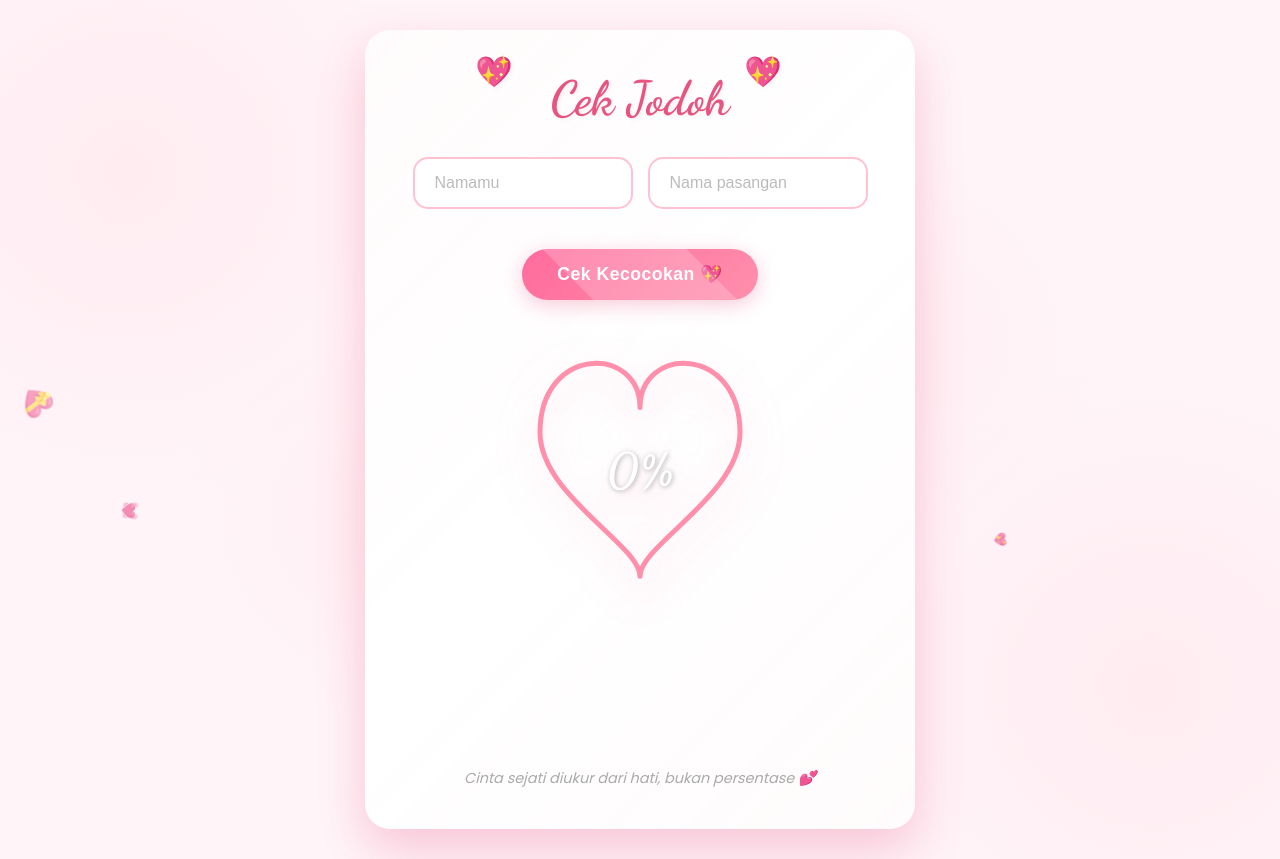
Repository: zhr-nabila/cek-jodoh
Page: cek.html
The author's editor kept a copy of each file at every save. The page is drawn from the files as they stood at one save, then again after the next save.
The browser window is 1280 px wide. The pictures show the whole page.

Above is the page before, as saved 2025-06-10 00:39:14.

### cek.html
<!DOCTYPE html>
<html lang="id">
  <head>
    <meta charset="UTF-8" />
    <meta name="viewport" content="width=device-width, initial-scale=1.0" />
    <title>Cek Kecocokan Pasangan</title>
    <link
      rel="stylesheet"
      href="https://cdnjs.cloudflare.com/ajax/libs/animate.css/4.1.1/animate.min.css"
    />
    <style>
      @import url("https://fonts.googleapis.com/css2?family=Dancing+Script:wght@700&family=Poppins:wght@300;400;500;600&display=swap");

      :root {
        --pink-dark: #e75480;
        --pink-medium: #ff6b9d;
        --pink-light: #ff8fab;
        --pink-soft: #ffc2d1;
        --pink-pale: #fff5f9;
        --shadow-pink: rgba(231, 84, 128, 0.3);
      }

      * {
        box-sizing: border-box;
        margin: 0;
        padding: 0;
      }

      /* Ini biar scrollbar enggak keliatan */
      ::-webkit-scrollbar {
        width: 0;
        background: transparent;
      }

      body {
        background-color: var(--pink-pale);
        font-family: "Poppins", sans-serif;
        text-align: center;
        padding: 30px 0;
        margin: 0;
        min-height: 100vh;
        display: flex;
        justify-content: center;
        align-items: center;
        background-image: radial-gradient(
            circle at 10% 20%,
            rgba(255, 182, 193, 0.15) 0%,
            transparent 25%
          ),
          radial-gradient(
            circle at 90% 80%,
            rgba(255, 182, 193, 0.15) 0%,
            transparent 25%
          ),
          radial-gradient(
            circle at 30% 60%,
            rgba(255, 182, 193, 0.1) 0%,
            transparent 20%
          ),
          radial-gradient(
            circle at 70% 40%,
            rgba(255, 182, 193, 0.1) 0%,
            transparent 20%
          );
        overflow-x: hidden;
        -ms-overflow-style: none; /* IE dan Edge */
        scrollbar-width: none; /* Firefox */
      }

      .container {
        background: white;
        border-radius: 25px;
        padding: 40px;
        box-shadow: 0 20px 50px var(--shadow-pink);
        width: 95%;
        max-width: 550px;
        position: relative;
        overflow: hidden;
        transition: transform 0.3s ease;
        z-index: 1;
      }

      .container::before {
        content: "";
        position: absolute;
        top: -10px;
        left: -10px;
        right: -10px;
        bottom: -10px;
        background: linear-gradient(
          135deg,
          rgba(255, 192, 203, 0.1) 0%,
          rgba(255, 255, 255, 0) 50%,
          rgba(255, 192, 203, 0.1) 100%
        );
        border-radius: 30px;
        z-index: -1;
        animation: shine 8s infinite;
      }

      @keyframes shine {
        0%,
        100% {
          opacity: 0.3;
        }
        50% {
          opacity: 0.8;
        }
      }

      h1 {
        color: var(--pink-dark);
        font-size: 3rem;
        margin-bottom: 30px;
        font-family: "Dancing Script", cursive;
        text-shadow: 2px 2px 4px rgba(0, 0, 0, 0.05);
        position: relative;
        animation: fadeInDown 1s ease;
      }

      h1::after,
      h1::before {
        content: "💖";
        position: absolute;
        font-size: 1.8rem;
        animation: heartbeat 1.5s infinite;
      }

      h1::after {
        top: -15px;
        right: 20%;
      }

      h1::before {
        top: -15px;
        left: 15%;
      }

      .input-group {
        display: flex;
        gap: 15px;
        margin-bottom: 25px;
        justify-content: center;
        animation: fadeIn 1s ease 0.2s both;
      }

      input {
        padding: 15px 20px;
        font-size: 1rem;
        border-radius: 15px;
        border: 2px solid var(--pink-soft);
        width: 100%;
        max-width: 220px;
        transition: all 0.3s;
        background-color: rgba(255, 255, 255, 0.9);
        color: #555;
        font-weight: 500;
      }

      input::placeholder {
        color: #bbb;
        font-weight: 400;
      }

      input:focus {
        outline: none;
        border-color: var(--pink-medium);
        box-shadow: 0 0 0 4px rgba(255, 107, 157, 0.2);
        transform: translateY(-2px);
      }

      button {
        padding: 15px 35px;
        background: linear-gradient(
          135deg,
          var(--pink-medium) 0%,
          var(--pink-light) 100%
        );
        border: none;
        border-radius: 50px;
        color: white;
        font-size: 1.1rem;
        font-weight: 600;
        cursor: pointer;
        transition: all 0.3s;
        box-shadow: 0 5px 20px var(--shadow-pink);
        margin: 15px 0 25px;
        position: relative;
        overflow: hidden;
        animation: fadeIn 1s ease 0.4s both;
        letter-spacing: 0.5px;
      }

      button:hover {
        transform: translateY(-5px);
        box-shadow: 0 10px 25px rgba(231, 84, 128, 0.5);
        background: linear-gradient(
          135deg,
          var(--pink-dark) 0%,
          var(--pink-medium) 100%
        );
      }

      button:active {
        transform: translateY(1px);
      }

      button::after {
        content: "";
        position: absolute;
        top: -50%;
        left: -50%;
        width: 200%;
        height: 200%;
        background: rgba(255, 255, 255, 0.2);
        transform: rotate(45deg);
        transition: all 0.7s;
      }

      button:hover::after {
        left: 100%;
      }

      .love-meter-container {
        perspective: 1000px;
        margin: 30px auto;
        animation: fadeIn 1s ease 0.6s both;
      }

      .love-meter {
        position: relative;
        width: 250px;
        height: 230px;
        margin: 0 auto;
        filter: drop-shadow(0 15px 20px rgba(231, 84, 128, 0.25));
        transform-style: preserve-3d;
        transition: transform 0.5s ease;
      }

      .love-meter:hover {
        transform: rotateY(10deg) rotateX(5deg);
      }

      .heart-svg {
        width: 100%;
        height: 100%;
      }

      .love-fill {
        fill: url(#gradientFill);
        transition: y 1.5s cubic-bezier(0.68, -0.55, 0.27, 1.55),
          height 1.5s cubic-bezier(0.68, -0.55, 0.27, 1.55);
      }

      .percentage {
        position: absolute;
        top: 50%;
        left: 50%;
        transform: translate(-50%, -50%);
        font-size: 3rem;
        font-weight: bold;
        color: white;
        text-shadow: 1px 1px 5px rgba(0, 0, 0, 0.3);
        font-family: "Dancing Script", cursive;
        transition: all 0.3s;
      }

      .message {
        font-size: 1.3rem;
        margin: 20px 0;
        color: var(--pink-dark);
        min-height: 60px;
        padding: 0 20px;
        line-height: 1.5;
        opacity: 0;
        transform: translateY(10px);
        transition: all 0.5s ease-out 0.5s;
        font-weight: 500;
      }

      .message.show {
        opacity: 1;
        transform: translateY(0);
      }

      .couple-names {
        display: flex;
        justify-content: center;
        align-items: center;
        gap: 15px;
        font-size: 1.5rem;
        color: var(--pink-dark);
        font-weight: 600;
        margin-bottom: 15px;
        opacity: 0;
        transform: scale(0.9);
        transition: all 0.5s ease-out 0.3s;
      }

      .couple-names.show {
        opacity: 1;
        transform: scale(1);
      }

      .heart-icon {
        color: var(--pink-medium);
        font-size: 1.8rem;
        animation: heartbeat 1.5s infinite;
        display: inline-block;
        transform-origin: center;
      }

      @keyframes heartbeat {
        0% {
          transform: scale(1);
        }
        25% {
          transform: scale(1.1);
        }
        50% {
          transform: scale(1);
        }
        75% {
          transform: scale(1.1);
        }
        100% {
          transform: scale(1);
        }
      }

      .floating-hearts {
        position: fixed;
        width: 100%;
        height: 100%;
        top: 0;
        left: 0;
        pointer-events: none;
        z-index: -1;
        overflow: hidden;
      }

      .floating-heart {
        position: absolute;
        font-size: 1rem;
        color: var(--pink-light);
        opacity: 0;
        animation: float-up 4s linear forwards;
        z-index: -1;
      }

      @keyframes float-up {
        0% {
          transform: translateY(100vh) rotate(0deg) scale(0.5);
          opacity: 0;
        }
        10% {
          opacity: 0.8;
        }
        100% {
          transform: translateY(-20vh) rotate(360deg) scale(1.2);
          opacity: 0;
        }
      }

      .sparkle {
        position: absolute;
        width: 5px;
        height: 5px;
        background-color: #fff;
        border-radius: 50%;
        pointer-events: none;
        opacity: 0;
        animation: sparkle 1s forwards;
      }

      @keyframes sparkle {
        0% {
          transform: scale(0);
          opacity: 0;
        }
        50% {
          opacity: 0.8;
        }
        100% {
          transform: scale(2);
          opacity: 0;
        }
      }

      .ripple {
        position: absolute;
        border-radius: 50%;
        background-color: rgba(255, 255, 255, 0.6);
        transform: scale(0);
        pointer-events: none;
        animation: ripple 1s ease-out;
      }

      @keyframes ripple {
        to {
          transform: scale(4);
          opacity: 0;
        }
      }

      .confetti {
        position: absolute;
        width: 10px;
        height: 10px;
        background-color: var(--pink-light);
        opacity: 0;
        animation: confetti-fall 3s linear forwards;
      }

      @keyframes confetti-fall {
        0% {
          transform: translateY(-100vh) rotate(0deg);
          opacity: 1;
        }
        100% {
          transform: translateY(100vh) rotate(360deg);
          opacity: 0;
        }
      }

      .footer-note {
        margin-top: 30px;
        font-size: 0.9rem;
        color: #aaa;
        font-style: italic;
        animation: fadeIn 1s ease 0.8s both;
      }

      @media (max-width: 600px) {
        .container {
          padding: 30px 20px;
          width: 95%;
        }

        h1 {
          font-size: 2.5rem;
        }

        h1::after,
        h1::before {
          font-size: 1.5rem;
        }

        .input-group {
          flex-direction: column;
          align-items: center;
          gap: 15px;
        }

        input {
          max-width: 100%;
          padding: 12px 15px;
        }

        .love-meter {
          width: 200px;
          height: 180px;
        }

        .percentage {
          font-size: 2.5rem;
        }

        button {
          padding: 12px 25px;
          font-size: 1rem;
        }

        .couple-names {
          font-size: 1.3rem;
        }

        .message {
          font-size: 1.1rem;
        }
      }

      /* Animations */
      @keyframes fadeIn {
        from {
          opacity: 0;
        }
        to {
          opacity: 1;
        }
      }

      @keyframes fadeInDown {
        from {
          opacity: 0;
          transform: translateY(-20px);
        }
        to {
          opacity: 1;
          transform: translateY(0);
        }
      }

      @keyframes bounceIn {
        from {
          opacity: 0;
          transform: scale(0.5);
        }
        to {
          opacity: 1;
          transform: scale(1);
        }
      }
    </style>
  </head>
  <body>
    <div class="container">
      <h1 class="animate__animated animate__fadeInDown">Cek Jodoh</h1>

      <div class="input-group">
        <input
          type="text"
          id="name1"
          placeholder="Namamu"
          class="animate__animated animate__fadeIn"
        />
        <input
          type="text"
          id="name2"
          placeholder="Nama pasangan"
          class="animate__animated animate__fadeIn"
        />
      </div>

      <button onclick="hitung()" class="animate__animated animate__fadeIn">
        Cek Kecocokan 💖
      </button>

      <div class="love-meter-container">
        <div class="love-meter">
          <svg viewBox="0 0 200 180" class="heart-svg">
            <defs>
              <clipPath id="heartClip">
                <path
                  d="M100 40
                   C100 -10, 180 -10, 180 60
                   C180 110, 100 150, 100 175
                   C100 150, 20 110, 20 60
                   C20 -10, 100 -10, 100 40Z"
                />
              </clipPath>
              <linearGradient id="gradientFill" x1="0" y1="1" x2="0" y2="0">
                <stop offset="0%" stop-color="#e75480" />
                <stop offset="50%" stop-color="#ff6b9d" />
                <stop offset="100%" stop-color="#ff8fab" />
              </linearGradient>
            </defs>
            <rect
              class="love-fill"
              x="0"
              y="180"
              width="200"
              height="0"
              clip-path="url(#heartClip)"
            />
            <path
              d="M100 40
               C100 -10, 180 -10, 180 60
               C180 110, 100 150, 100 175
               C100 150, 20 110, 20 60
               C20 -10, 100 -10, 100 40Z"
              fill="none"
              stroke="#ff8fab"
              stroke-width="4"
              stroke-linejoin="round"
            />
          </svg>
          <div class="percentage">0%</div>
        </div>
      </div>

      <div class="couple-names" id="couple-names">
        <span id="name1-output">Kamu</span>
        <span class="heart-icon">❤️</span>
        <span id="name2-output">Dia</span>
      </div>

      <div class="message" id="message"></div>

      <div class="footer-note">
        Cinta sejati diukur dari hati, bukan persentase 💕
      </div>
    </div>

    <div class="floating-hearts" id="floating-hearts"></div>

    <script>
      function hitungKecocokan(nama1, nama2) {
        let skor = 0;
        const gabungan = (nama1 + nama2).toLowerCase();

        // Hitung berdasarkan huruf
        for (let char of gabungan) {
          skor += char.charCodeAt(0);
        }

        // Tambah random biar seru
        const random = Math.floor(Math.random() * 11); // 0-10

        // Skor dasar antara 40-100 ditambah random
        return Math.min(40 + (skor % 61) + random, 100);
      }

      function dapatkanPesan(skor) {
        if (skor >= 95)
          return "Jodoh sejati! Kalian ditakdirkan bersama ✨💫";
        if (skor >= 90) return "Cinta abadi! Hubungan kalian kuat banget 💖";
        if (skor >= 80) return "Pasangan serasi! Kalian memang berjodoh 😍";
        if (skor >= 70) return "Chemistry-nya wow! Kalian saling melengkapi 🌟";
        if (skor >= 60) return "Potensi bagus! Rawat terus hubungan ini ❤️";
        if (skor >= 50) return "Koneksi oke! Bisa berkembang kalau dijaga 🌱";
        if (skor >= 40) return "Teman dulu aja! Siapa tahu nanti jadian 😊";
        return "Unik banget! Setiap kisah cinta itu spesial 💞";
      }

      function buatHati(jumlah = 5) {
        const container = document.getElementById("floating-hearts");
        const simbolHati = ["❤️", "💖", "💗", "💓", "💘", "💝"];

        for (let i = 0; i < jumlah; i++) {
          const hati = document.createElement("div");
          hati.classList.add("floating-heart");
          hati.innerHTML =
            simbolHati[Math.floor(Math.random() * simbolHati.length)];
          hati.style.left = Math.random() * 100 + "vw";
          hati.style.animationDuration = Math.random() * 3 + 3 + "s";
          hati.style.fontSize = Math.random() * 20 + 15 + "px";
          hati.style.animationDelay = Math.random() * 2 + "s";
          container.appendChild(hati);

          setTimeout(() => {
            hati.remove();
          }, 5000);
        }
      }

      function buatKilatan(x, y) {
        for (let i = 0; i < 10; i++) {
          const kilat = document.createElement("div");
          kilat.classList.add("sparkle");
          kilat.style.left = x + "px";
          kilat.style.top = y + "px";
          kilat.style.animationDelay = i * 0.1 + "s";
          document.body.appendChild(kilat);

          setTimeout(() => {
            kilat.remove();
          }, 1000);
        }
      }

      function buatRipple(x, y) {
        const ripple = document.createElement("div");
        ripple.classList.add("ripple");
        ripple.style.left = x + "px";
        ripple.style.top = y + "px";
        document.body.appendChild(ripple);

        setTimeout(() => {
          ripple.remove();
        }, 1000);
      }

      function buatKonfeti() {
        const warna = ["#ff6b9d", "#ff8fab", "#ffc2d1", "#e75480", "#ffb6c1"];
        const container = document.getElementById("floating-hearts");

        for (let i = 0; i < 50; i++) {
          const konfeti = document.createElement("div");
          konfeti.classList.add("confetti");
          konfeti.style.left = Math.random() * 100 + "vw";
          konfeti.style.backgroundColor =
            warna[Math.floor(Math.random() * warna.length)];
          konfeti.style.width = Math.random() * 10 + 5 + "px";
          konfeti.style.height = Math.random() * 10 + 5 + "px";
          konfeti.style.animationDuration = Math.random() * 2 + 2 + "s";
          container.appendChild(konfeti);

          setTimeout(() => {
            konfeti.remove();
          }, 3000);
        }
      }

      function animasiDetakHati() {
        const iconHati = document.querySelector(".heart-icon");
        iconHati.style.animation = "none";
        void iconHati.offsetWidth; // Trigger reflow
        iconHati.style.animation = "heartbeat 0.6s ease 3";
      }

      function hitung() {
        const nama1 = document.getElementById("name1").value.trim();
        const nama2 = document.getElementById("name2").value.trim();
        const isiHati = document.querySelector(".love-fill");
        const persentase = document.querySelector(".percentage");
        const pesan = document.getElementById("message");
        const nama1Output = document.getElementById("name1-output");
        const nama2Output = document.getElementById("name2-output");
        const pasangan = document.getElementById("couple-names");
        const container = document.querySelector(".container");

        if (!nama1 || !nama2) {
          alert("Isi dulu nama kalian berdua dong!");
          return;
        }

        // Animasi klik
        container.classList.add("animate__animated", "animate__pulse");
        setTimeout(() => {
          container.classList.remove("animate__animated", "animate__pulse");
        }, 1000);

        // Update nama
        nama1Output.textContent = nama1 || "Kamu";
        nama2Output.textContent = nama2 || "Dia";

        // Reset tampilan
        isiHati.setAttribute("y", 180);
        isiHati.setAttribute("height", 0);
        persentase.textContent = "0%";
        pesan.textContent = "";
        pesan.classList.remove("show");
        pasangan.classList.remove("show");

        // Hitung
        const persen = hitungKecocokan(nama1, nama2);
        const tinggiMaks = 180;
        const tinggiIsi = (persen / 100) * tinggiMaks;

        // Animasi setelah jeda
        setTimeout(() => {
          isiHati.setAttribute("y", tinggiMaks - tinggiIsi);
          isiHati.setAttribute("height", tinggiIsi);

          let sekarang = 0;
          const timer = setInterval(() => {
            sekarang++;
            persentase.textContent = sekarang + "%";

            // Animasi detak jantung di persentase tertentu
            if (sekarang === 50 || sekarang === 75 || sekarang === persen) {
              animasiDetakHati();
            }

            if (sekarang >= persen) {
              clearInterval(timer);
              pesan.textContent = dapatkanPesan(persen);
              pesan.classList.add("show");
              pasangan.classList.add("show");

              // Efek keren berdasarkan skor
              if (persen >= 80) {
                buatKonfeti();
                for (let i = 0; i < 20; i++) {
                  setTimeout(() => {
                    buatHati(5);
                  }, i * 100);
                }
              } else if (persen >= 60) {
                for (let i = 0; i < 15; i++) {
                  setTimeout(() => {
                    buatHati(3);
                  }, i * 150);
                }
              } else {
                for (let i = 0; i < 10; i++) {
                  setTimeout(() => {
                    buatHati(2);
                  }, i * 200);
                }
              }
            }
          }, 20);
        }, 100);
      }

      // Efek kilat saat input diklik
      document.querySelectorAll("input").forEach((input) => {
        input.addEventListener("focus", (e) => {
          const rect = e.target.getBoundingClientRect();
          buatKilatan(
            rect.left + rect.width / 2,
            rect.top + rect.height / 2
          );
        });
      });

      // Efek ripple saat tombol diklik
      document.querySelector("button").addEventListener("click", (e) => {
        const rect = e.target.getBoundingClientRect();
        buatRipple(rect.left + rect.width / 2, rect.top + rect.height / 2);
      });

      // Bisa pake Enter juga
      document.addEventListener("keypress", function (e) {
        if (e.key === "Enter") {
          hitung();
        }
      });

      // Hati-harti awal
      for (let i = 0; i < 8; i++) {
        setTimeout(() => {
          buatHati(1);
        }, i * 800);
      }
    </script>
  </body>
</html>

After the next save:
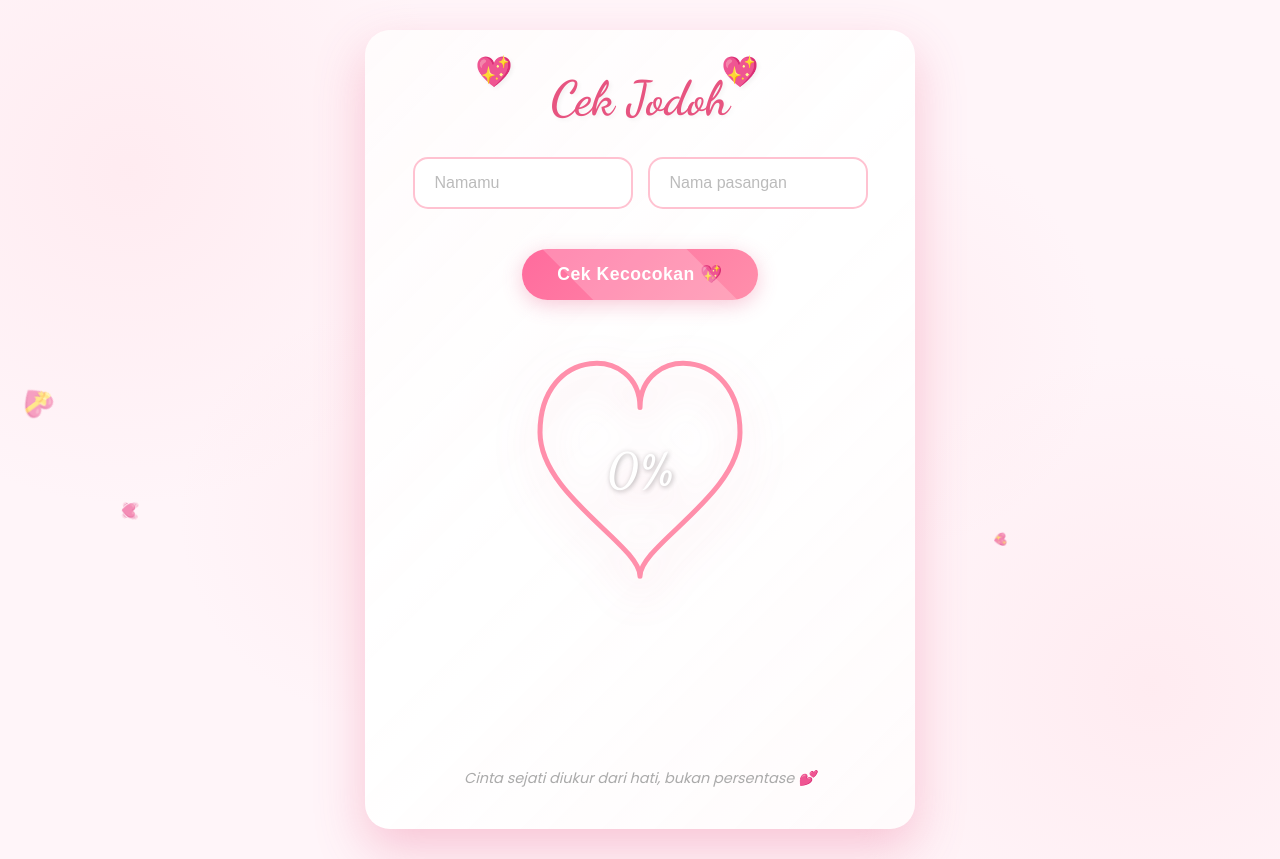
Saved 4 s later.
--- a/cek.html
+++ b/cek.html
@@ -128,7 +128,7 @@
 
       h1::after {
         top: -15px;
-        right: 20%;
+        right: 25%;
       }
 
       h1::before {
